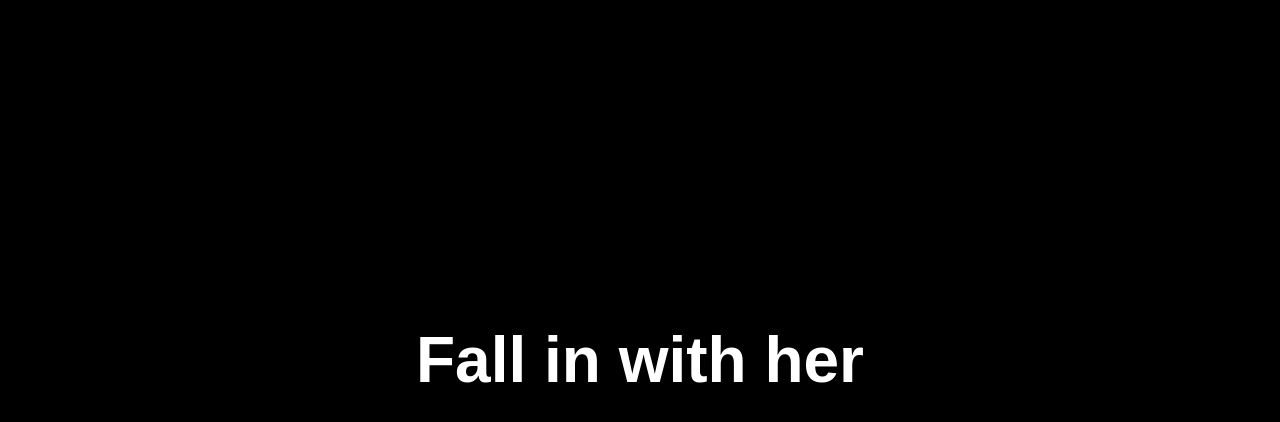
Repository: triumph-star/CSS-practice
Page: One CSS per day/broken/index.html
An editor plug-in stored every save of this project. The page is shown before and after the next save, followed by the edit.
The browser window is 1280 px wide. The pictures show the whole page.
Some web fonts or font styles are not loaded; a fallback is used.

Above is the page before, as saved 2020-11-13 16:01:49.

After the next save:
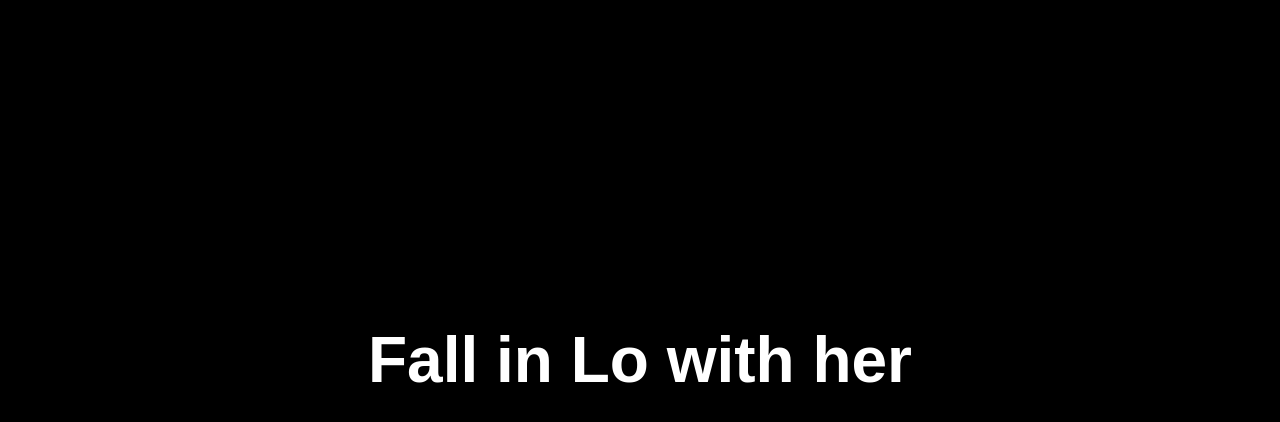
Saved 4 s later.
--- a/One CSS per day/broken/index.html
+++ b/One CSS per day/broken/index.html
@@ -7,6 +7,6 @@
   <link rel="stylesheet" href="./css.css"></link>
 </head>
 <body>
-  <h2><span>F</span>all in <span></span> with her</h2>
+  <h2><span>F</span>all in <span>Lo</span> with her</h2>
 </body>
 </html>
